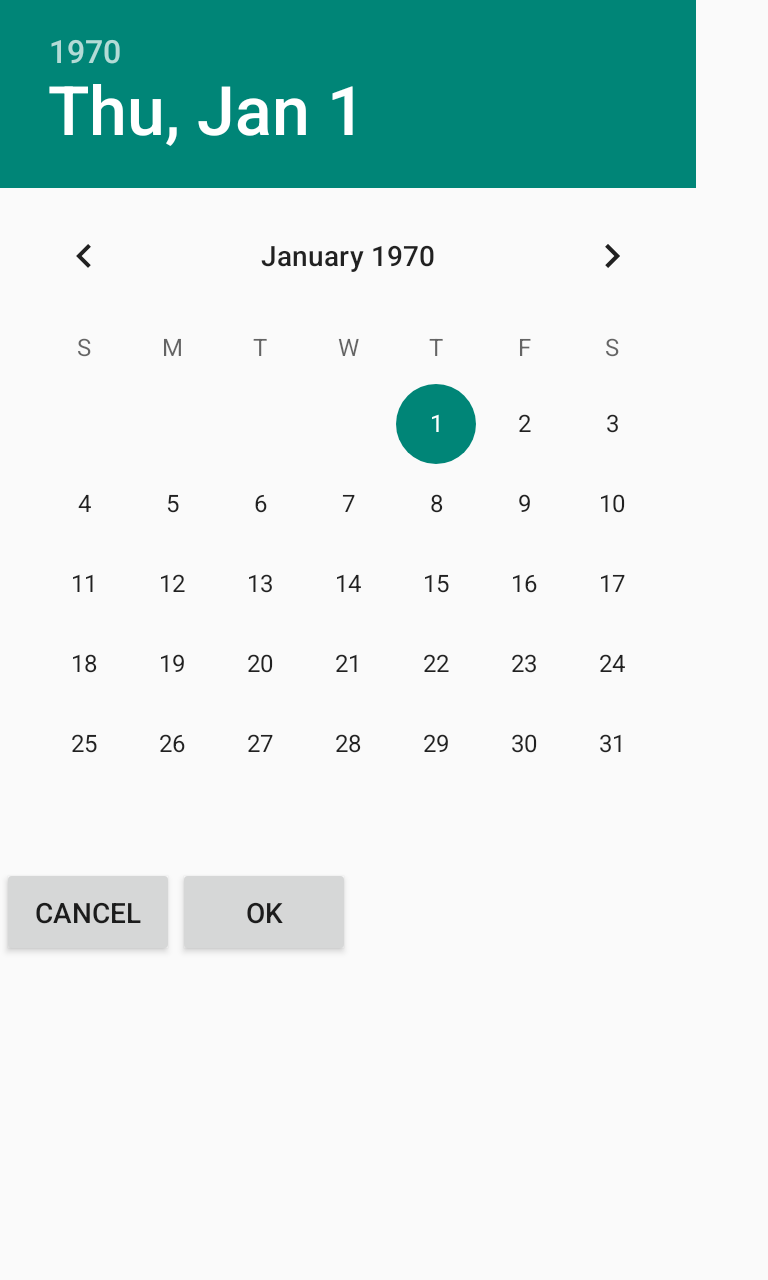
Repository: MobileApps-Cascadia/JenniferBronson_ExercisesChapter5
Layout: MyContactList/res/layout/dateselect.xml
These files come from the project's save history. The layout is drawn as it stood at one moment and after the next save; the edit follows.
It is drawn on a 768 x 1280 px phone screen (xhdpi) without system bars, with theme AppTheme; the app's code is not run.

Above is the layout before, as saved 2014-04-26 23:15:25.

After the next save:
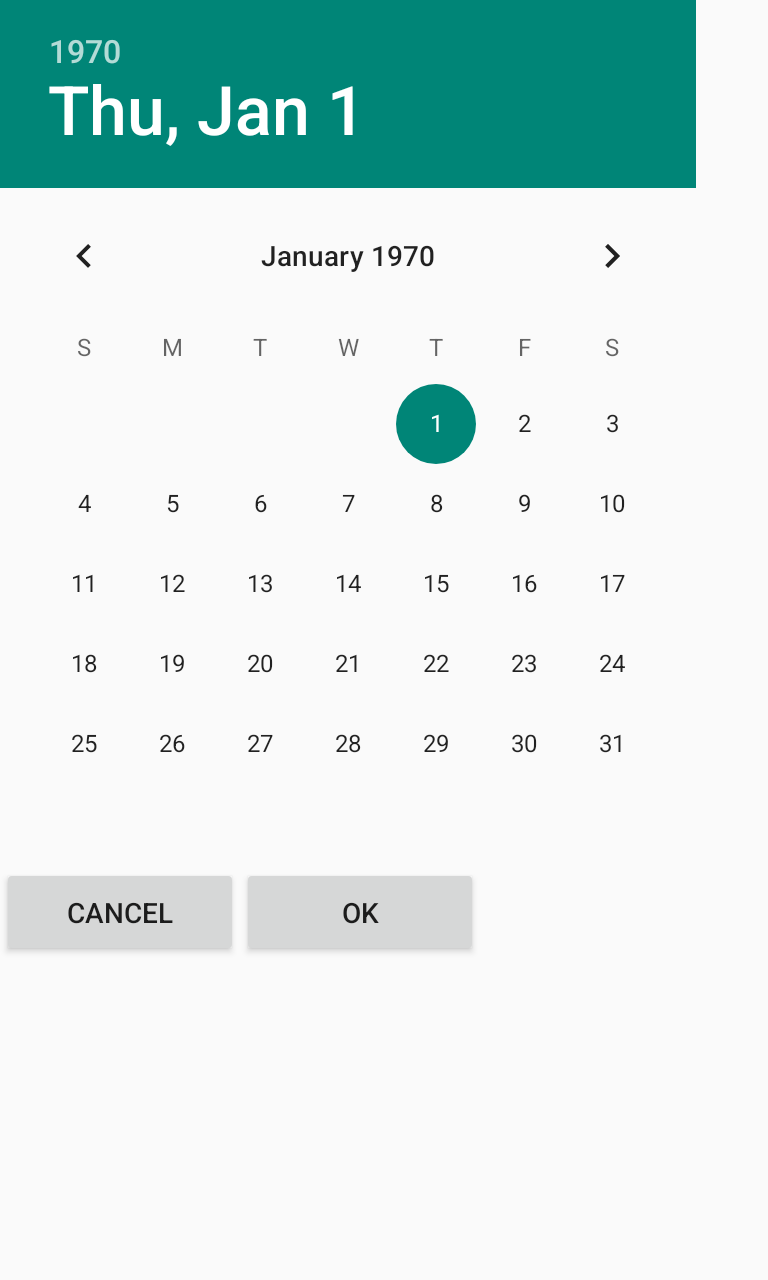
Saved 35 s later.
--- a/MyContactList/res/layout/dateselect.xml
+++ b/MyContactList/res/layout/dateselect.xml
@@ -22,13 +22,13 @@
 
             <Button
                 android:id="@+id/btnCancel"
-                android:layout_width="wrap_content"
+                android:layout_width="120dp"
                 android:layout_height="wrap_content"
                 android:text="Cancel" />
 
             <Button
                 android:id="@+id/btnOk"
-                android:layout_width="wrap_content"
+                android:layout_width="120dp"
                 android:layout_height="wrap_content"
                 android:text="Ok" />
 
